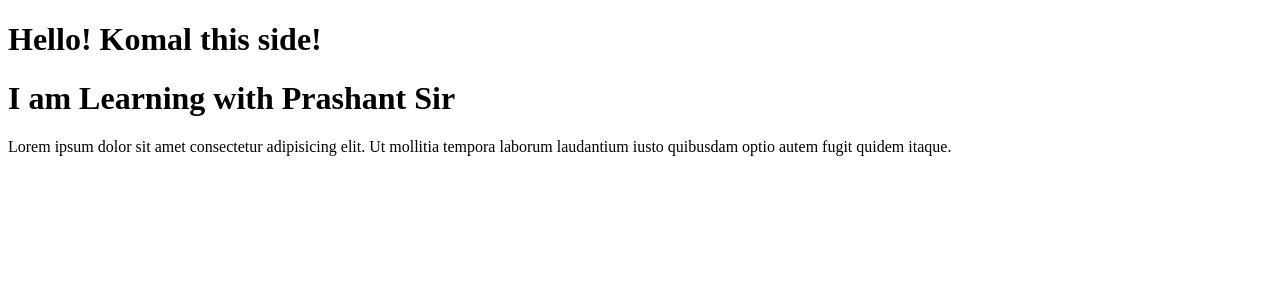
Repository: nihalani20/HTMLbyKG
Page: Projectlevel1/index.html
The author's editor kept a copy of each file at every save. The page is drawn from the files as they stood at one save, then again after a run of saves.
The browser window is 1280 px wide. The pictures show the whole page.

Above is the page before, as saved 2023-12-13 10:16:32.

After the next 3 saves:
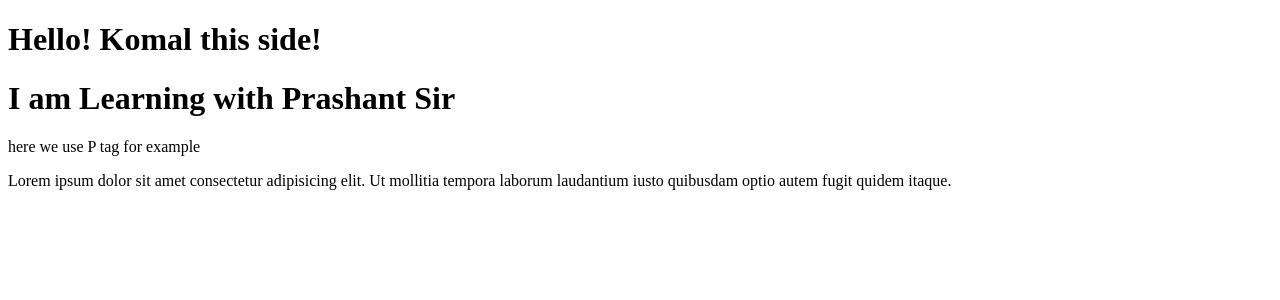
The 3 saves are shown as one change because they came seconds apart.
The last was saved 39 s later.
--- a/Projectlevel1/index.html
+++ b/Projectlevel1/index.html
@@ -12,6 +12,7 @@
     <h1>I am Learning with Prashant Sir</h1>
 
     <!-- Html tag is  Case Insensitive -->
+    here we use P tag for example
     <P>Lorem ipsum dolor sit amet consectetur adipisicing elit. Ut mollitia tempora laborum laudantium iusto quibusdam optio autem fugit quidem itaque.</P>
 </body>
 </html>

After the 2 saves that followed:
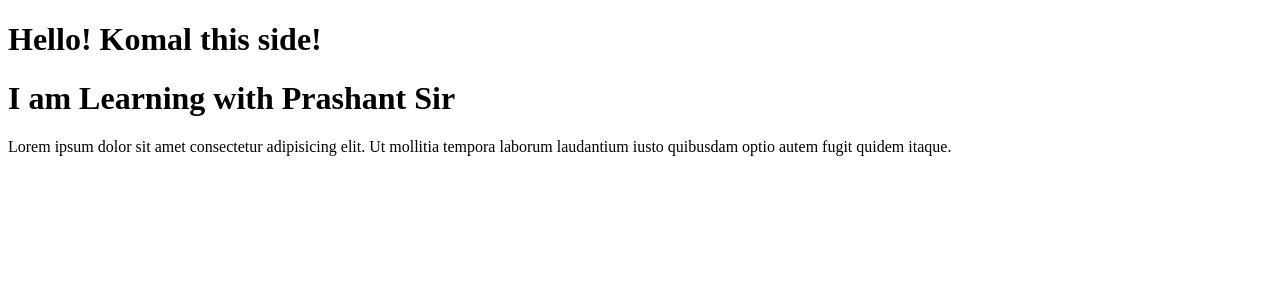
The 2 saves are shown as one change because they came seconds apart.
The last was saved 7 s later.
--- a/Projectlevel1/index.html
+++ b/Projectlevel1/index.html
@@ -12,7 +12,8 @@
     <h1>I am Learning with Prashant Sir</h1>
 
     <!-- Html tag is  Case Insensitive -->
-    here we use P tag for example
+    <!-- here we use P tag for example -->
+
     <P>Lorem ipsum dolor sit amet consectetur adipisicing elit. Ut mollitia tempora laborum laudantium iusto quibusdam optio autem fugit quidem itaque.</P>
 </body>
 </html>
